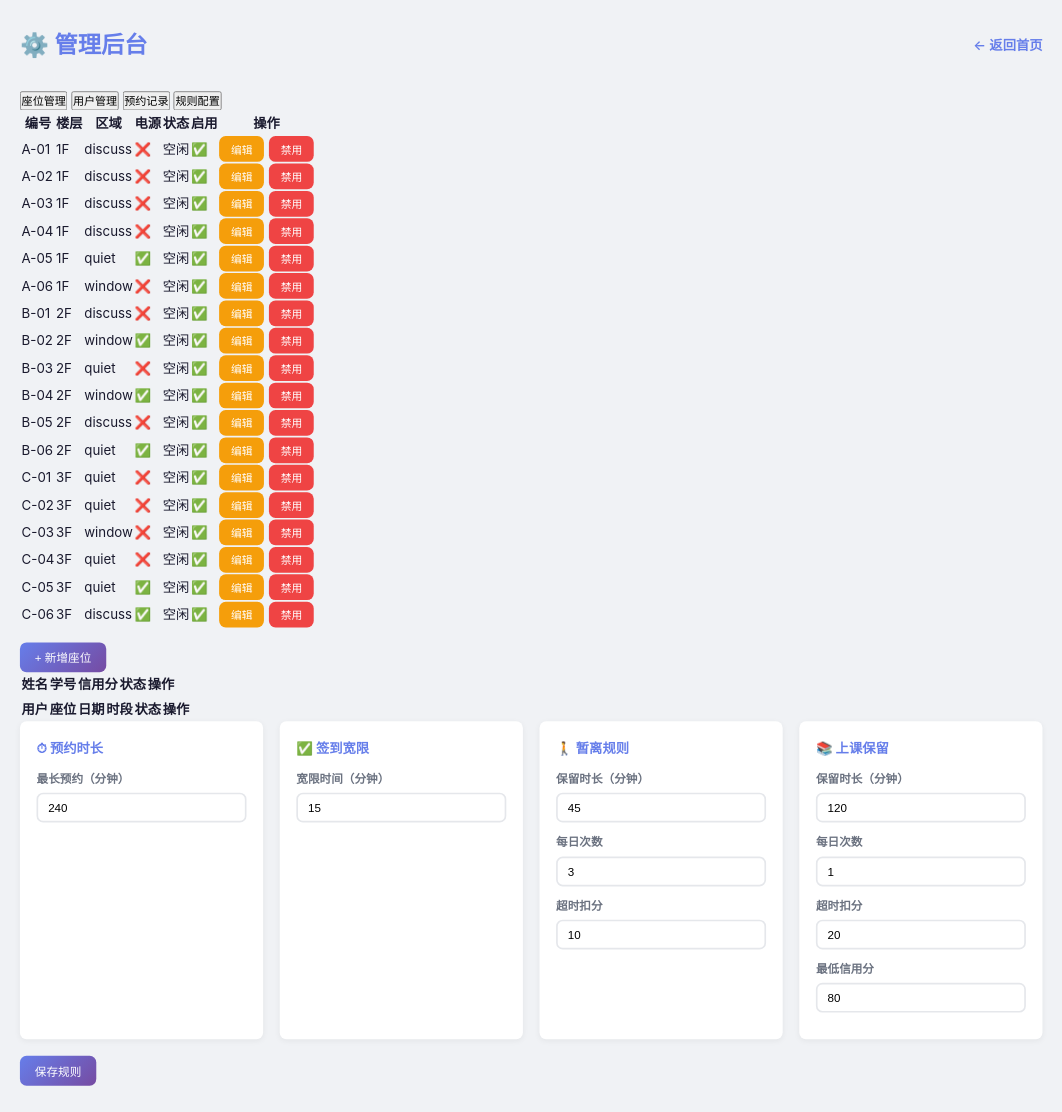
Repository: kinyono/library_seat_system
Page: admin.html
These files come from the project's save history. The page is drawn as it stood at one moment and after the next save; the edit follows.
The browser window is 1280 px wide. The pictures show the whole page, at 83% of full size.

Above is the page before, as saved 2026-09-16 00:00:25.

After the next save:
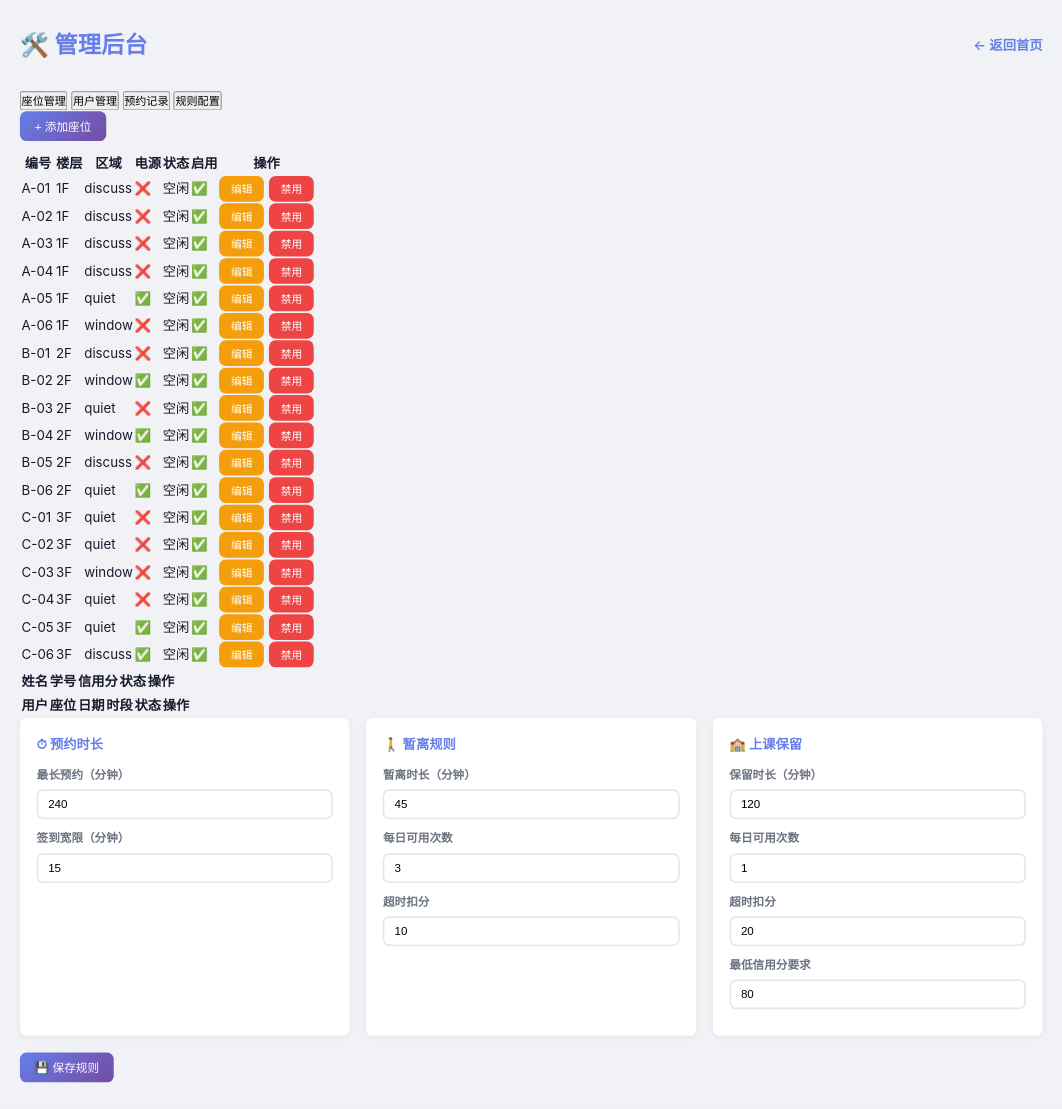
Saved 11 s later.
--- a/admin.html
+++ b/admin.html
@@ -9,13 +9,12 @@
 </head>
 <body>
     <div class="admin-container">
-        <div class="admin-header">
-            <h1>⚙️ 管理后台</h1>
+        <header class="admin-header">
+            <h1>🛠️ 管理后台</h1>
             <a href="index.html" class="back-link">← 返回首页</a>
-        </div>
+        </header>
 
-        <!-- 选项卡 -->
-        <div class="tabs" id="tabBar">
+        <div class="tabs">
             <button class="tab-btn active" data-tab="seats">座位管理</button>
             <button class="tab-btn" data-tab="users">用户管理</button>
             <button class="tab-btn" data-tab="bookings">预约记录</button>
@@ -23,18 +22,26 @@
         </div>
 
         <!-- 座位管理 -->
-        <div class="tab-content active" id="tab-seats">
+        <div class="tab-content" id="tab-seats">
+            <div style="margin-bottom:12px;">
+                <button class="btn btn-primary" onclick="showAddSeatForm()">+ 添加座位</button>
+            </div>
             <div class="table-wrapper">
                 <table>
                     <thead>
                         <tr>
-                            <th>编号</th><th>楼层</th><th>区域</th><th>电源</th><th>状态</th><th>启用</th><th>操作</th>
+                            <th>编号</th>
+                            <th>楼层</th>
+                            <th>区域</th>
+                            <th>电源</th>
+                            <th>状态</th>
+                            <th>启用</th>
+                            <th>操作</th>
                         </tr>
                     </thead>
                     <tbody id="seatsTableBody"></tbody>
                 </table>
             </div>
-            <button class="btn btn-primary" onclick="showAddSeatForm()" style="margin-top:16px;">+ 新增座位</button>
         </div>
 
         <!-- 用户管理 -->
@@ -42,7 +49,13 @@
             <div class="table-wrapper">
                 <table>
                     <thead>
-                        <tr><th>姓名</th><th>学号</th><th>信用分</th><th>状态</th><th>操作</th></tr>
+                        <tr>
+                            <th>姓名</th>
+                            <th>学号</th>
+                            <th>信用分</th>
+                            <th>状态</th>
+                            <th>操作</th>
+                        </tr>
                     </thead>
                     <tbody id="usersTableBody"></tbody>
                 </table>
@@ -54,7 +67,14 @@
             <div class="table-wrapper">
                 <table>
                     <thead>
-                        <tr><th>用户</th><th>座位</th><th>日期</th><th>时段</th><th>状态</th><th>操作</th></tr>
+                        <tr>
+                            <th>用户</th>
+                            <th>座位</th>
+                            <th>日期</th>
+                            <th>时段</th>
+                            <th>状态</th>
+                            <th>操作</th>
+                        </tr>
                     </thead>
                     <tbody id="bookingsTableBody"></tbody>
                 </table>
@@ -66,30 +86,53 @@
             <div class="rules-grid">
                 <div class="rule-card">
                     <h4>⏱ 预约时长</h4>
-                    <div class="form-group"><label>最长预约（分钟）</label><input type="number" id="ruleMaxMinutes" class="form-control" value="240"></div>
-                </div>
-                <div class="rule-card">
-                    <h4>✅ 签到宽限</h4>
-                    <div class="form-group"><label>宽限时间（分钟）</label><input type="number" id="ruleGraceMinutes" class="form-control" value="15"></div>
+                    <div class="form-group">
+                        <label>最长预约（分钟）</label>
+                        <input type="number" id="ruleMaxMinutes" class="form-control" value="240">
+                    </div>
+                    <div class="form-group">
+                        <label>签到宽限（分钟）</label>
+                        <input type="number" id="ruleGraceMinutes" class="form-control" value="15">
+                    </div>
                 </div>
                 <div class="rule-card">
                     <h4>🚶 暂离规则</h4>
-                    <div class="form-group"><label>保留时长（分钟）</label><input type="number" id="ruleAwayMinutes" class="form-control" value="45"></div>
-                    <div class="form-group"><label>每日次数</label><input type="number" id="ruleAwayTimes" class="form-control" value="3"></div>
-                    <div class="form-group"><label>超时扣分</label><input type="number" id="ruleAwayPenalty" class="form-control" value="10"></div>
+                    <div class="form-group">
+                        <label>暂离时长（分钟）</label>
+                        <input type="number" id="ruleAwayMinutes" class="form-control" value="45">
+                    </div>
+                    <div class="form-group">
+                        <label>每日可用次数</label>
+                        <input type="number" id="ruleAwayTimes" class="form-control" value="3">
+                    </div>
+                    <div class="form-group">
+                        <label>超时扣分</label>
+                        <input type="number" id="ruleAwayPenalty" class="form-control" value="10">
+                    </div>
                 </div>
                 <div class="rule-card">
-                    <h4>📚 上课保留</h4>
-                    <div class="form-group"><label>保留时长（分钟）</label><input type="number" id="ruleClassMinutes" class="form-control" value="120"></div>
-                    <div class="form-group"><label>每日次数</label><input type="number" id="ruleClassTimes" class="form-control" value="1"></div>
-                    <div class="form-group"><label>超时扣分</label><input type="number" id="ruleClassPenalty" class="form-control" value="20"></div>
-                    <div class="form-group"><label>最低信用分</label><input type="number" id="ruleClassMinCredit" class="form-control" value="80"></div>
+                    <h4>🏫 上课保留</h4>
+                    <div class="form-group">
+                        <label>保留时长（分钟）</label>
+                        <input type="number" id="ruleClassMinutes" class="form-control" value="120">
+                    </div>
+                    <div class="form-group">
+                        <label>每日可用次数</label>
+                        <input type="number" id="ruleClassTimes" class="form-control" value="1">
+                    </div>
+                    <div class="form-group">
+                        <label>超时扣分</label>
+                        <input type="number" id="ruleClassPenalty" class="form-control" value="20">
+                    </div>
+                    <div class="form-group">
+                        <label>最低信用分要求</label>
+                        <input type="number" id="ruleClassMinCredit" class="form-control" value="80">
+                    </div>
                 </div>
             </div>
-            <button class="btn btn-primary" onclick="saveRules()" style="margin-top:20px;">保存规则</button>
+            <button class="btn btn-primary" onclick="saveRules()" style="margin-top:20px;">💾 保存规则</button>
         </div>
     </div>
-
     <script src="js/admin.js"></script>
 </body>
 </html>
